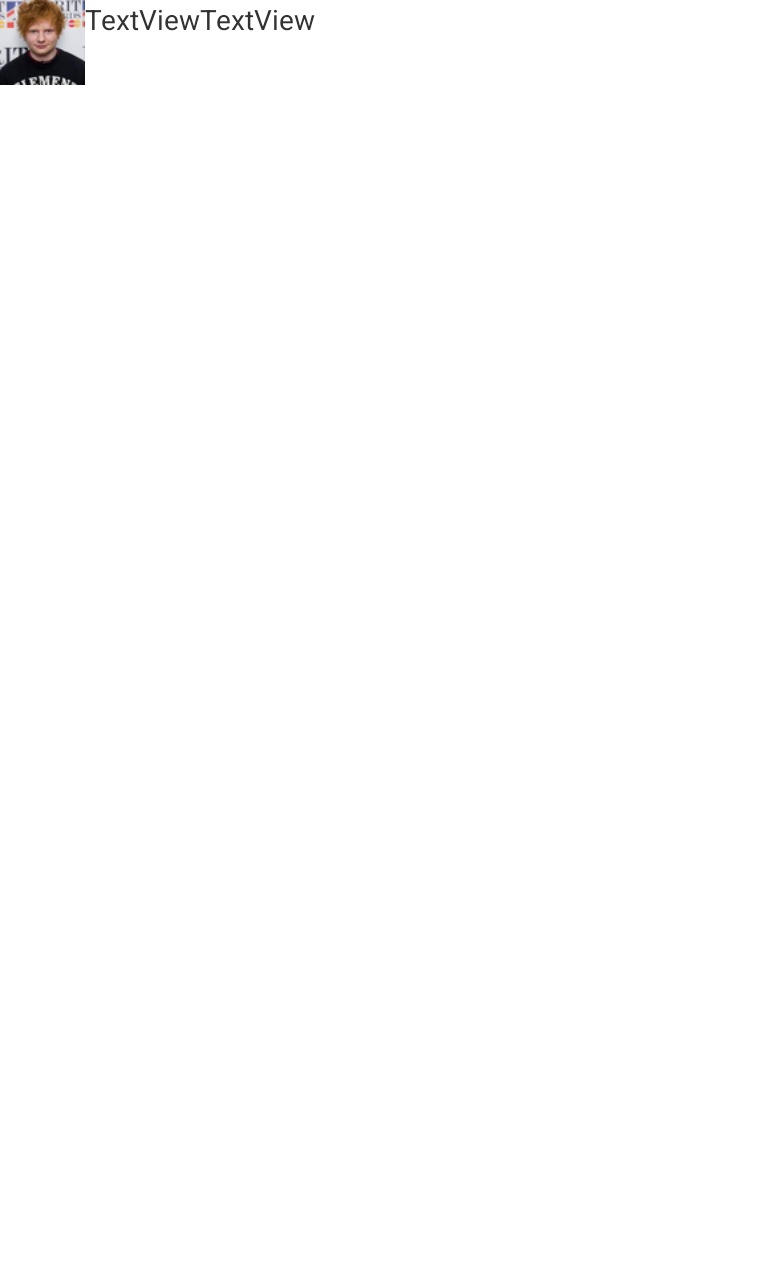
Repository: sam-stewart/in721
Layout: Eclipse/WebServices2/res/layout/artist_list_item.xml
An editor plug-in stored every save of this project. The layout is shown before and after a run of saves, followed by the edit.
It is drawn on a 768 x 1280 px phone screen (xhdpi) without system bars, with theme AppTheme; the app's code is not run.

Above is the layout before, as saved 2015-04-14 07:19:53.

### Eclipse/WebServices2/res/layout/artist_list_item.xml
<?xml version="1.0" encoding="utf-8"?>
<LinearLayout xmlns:android="http://schemas.android.com/apk/res/android"
    android:layout_width="match_parent"
    android:layout_height="match_parent"
    android:orientation="horizontal" >

    <ImageView
        android:id="@+id/list_imageView"
        android:layout_width="wrap_content"
        android:layout_height="wrap_content"
        android:src="@drawable/ed" />

    <TextView
        android:id="@+id/name_textView"
        android:layout_width="wrap_content"
        android:layout_height="wrap_content"
        android:text="TextView" />

    <TextView
        android:id="@+id/listeners_textView"
        android:layout_width="wrap_content"
        android:layout_height="wrap_content"
        android:text="TextView" />

</LinearLayout>

Loaded but not shown: Eclipse/WebServices2/res/values/styles.xml (common file); Eclipse/WebServices2/res/values-v11/styles.xml (common file); Eclipse/WebServices2/res/values-v14/styles.xml (common file)

After the next 3 saves:
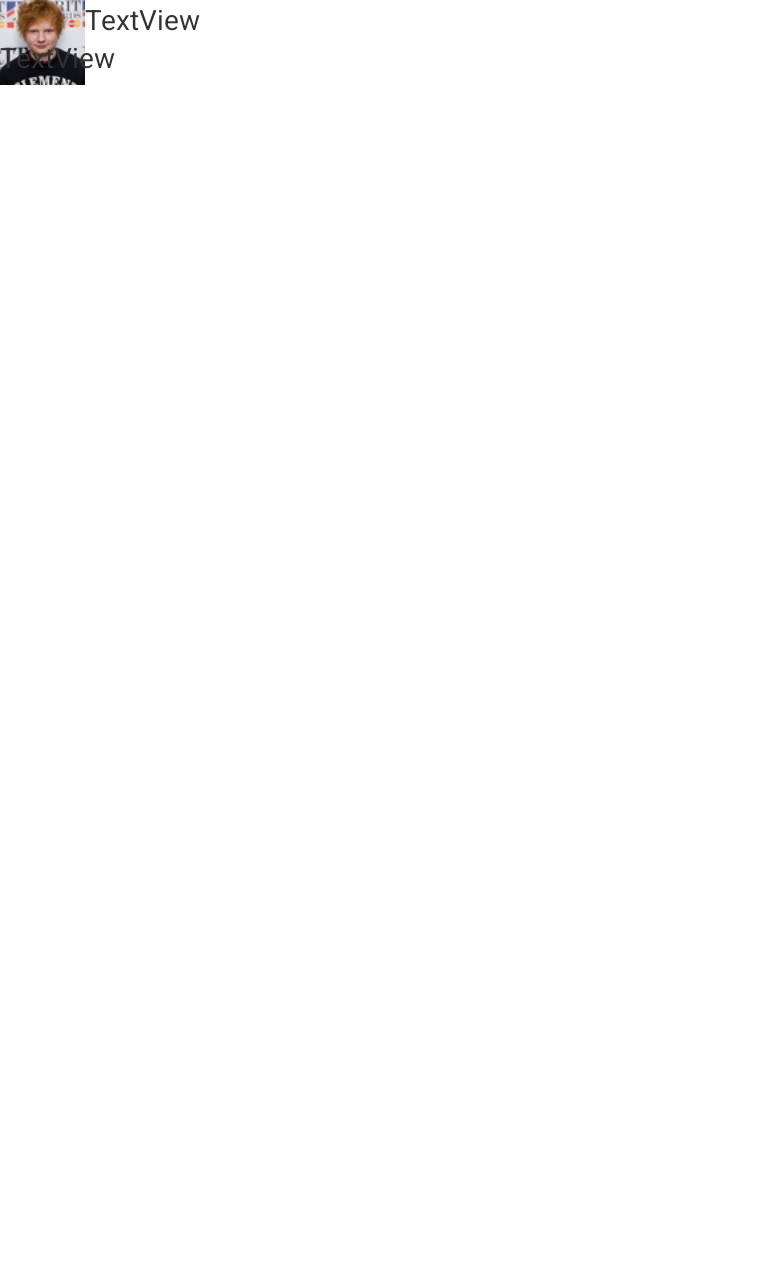
The 3 saves are shown as one change because 2 did not build or start.
The last was saved 21 min 50 s later.
--- a/Eclipse/WebServices2/res/layout/artist_list_item.xml
+++ b/Eclipse/WebServices2/res/layout/artist_list_item.xml
@@ -1,5 +1,5 @@
 <?xml version="1.0" encoding="utf-8"?>
-<LinearLayout xmlns:android="http://schemas.android.com/apk/res/android"
+<RelativeLayout xmlns:android="http://schemas.android.com/apk/res/android"
     android:layout_width="match_parent"
     android:layout_height="match_parent"
     android:orientation="horizontal" >
@@ -14,12 +14,14 @@
         android:id="@+id/name_textView"
         android:layout_width="wrap_content"
         android:layout_height="wrap_content"
+        android:layout_toRightOf="@id/list_imageView"
         android:text="TextView" />
 
     <TextView
         android:id="@+id/listeners_textView"
         android:layout_width="wrap_content"
         android:layout_height="wrap_content"
+        android:layout_below="@id/name_textView"
         android:text="TextView" />
 
-</LinearLayout>
+</RelativeLayout>
